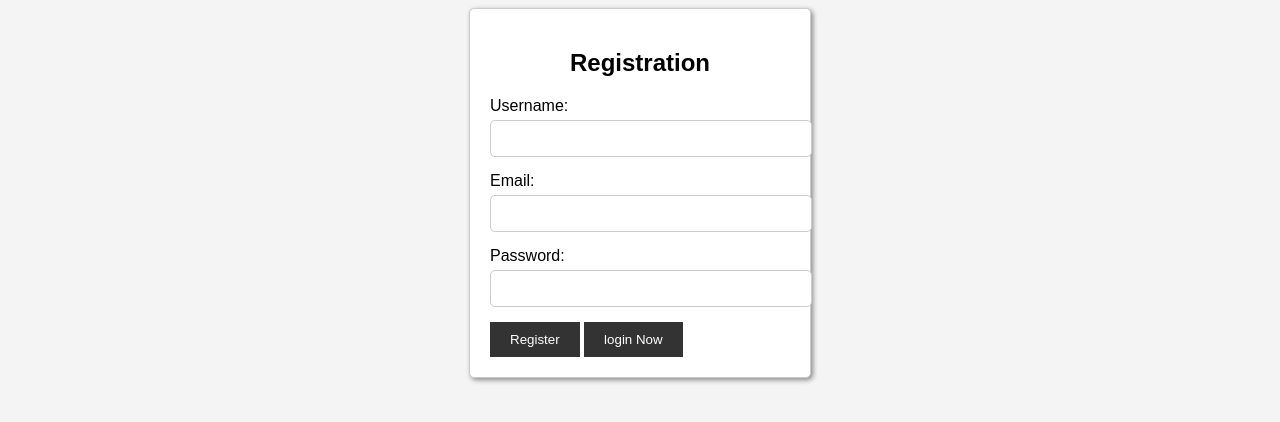
Repository: Ajay9554/javaPrograms
Page: http://localhost/loginPage/registration.jsp
These files come from the project's save history. The page is drawn as it stood at one moment and after the next save; the edit follows.
The browser window is 1280 px wide. The pictures show the whole page.
The page is served by Tomcat 9.

Above is the page before, as saved 2023-10-15 19:08:46.

### eclipse-workspace/aug1pro/loginPage/src/main/webapp/registration.jsp
<%@ page language="java" contentType="text/html; charset=UTF-8"
    pageEncoding="UTF-8"%>
<!DOCTYPE html>
<html lang="en">
<head>
    <meta charset="UTF-8">
    <meta name="viewport" content="width=device-width, initial-scale=1.0">
    <link rel="stylesheet" type="text/css" href="css/registration.css">
    <title>Registration Form</title>
</head>
<body>
    <div class="registration-container">
        <h2>Registration</h2>
        <form id="registration-form">
            <div class="form-group">
                <label for="username">Username:</label>
                <input type="text" id="username" name="username" required>
            </div>
            <div class="form-group">
                <label for="email">Email:</label>
                <input type="email" id="email" name="email" required>
            </div>
            <div class="form-group">
                <label for="password">Password:</label>
                <input type="password" id="password" name="password" required>
            </div>
            <button class="btn" type="submit">Register</button>
            <button class="btn" type="submit">login Now</button>
        </form>
    </div>
    <script src="js/registration.js"></script>
</body>
</html>

### eclipse-workspace/aug1pro/loginPage/src/main/webapp/css/registration.css
body {
    font-family: Arial, sans-serif;
    background-color: #f4f4f4;
}
.registration-container {
    width: 300px;
    margin: 0 auto;
    padding: 20px;
    background: #fff;
    border: 1px solid #ccc;
    border-radius: 5px;
    box-shadow: 2px 2px 5px #888888;
}
.registration-container h2 {
    text-align: center;
}
.form-group {
    margin: 10px 0;
}
.form-group label {
    display: block;
}
.form-group input {
    width: 100%;
    padding: 10px;
    margin: 5px 0;
    border: 1px solid #ccc;
    border-radius: 5px;
}
.btn {
    background: #333;
    color: #fff;
    border: none;
    padding: 10px 20px;
    cursor: pointer;
}

### eclipse-workspace/aug1pro/loginPage/src/main/webapp/js/registration.js
const registrationForm = document.getElementById("registration-form");

registrationForm.addEventListener("submit", function (e) {
    e.preventDefault();

    const username = document.getElementById("username").value;
    const email = document.getElementById("email").value;
    const password = document.getElementById("password").value;

    if (username.trim() === "" || email.trim() === "" || password.trim() === "") {
        alert("Please fill in all fields.");
    } else {
        // Simulate a successful registration
        alert("Registration successful!");

        // You can add login logic here by setting up user authentication.
        // For example, you can store user information in a database or use a backend service.

        // For this example, we'll just show a login message.
        alert("Login successful for user: " + username);
    }
});

After the next save:
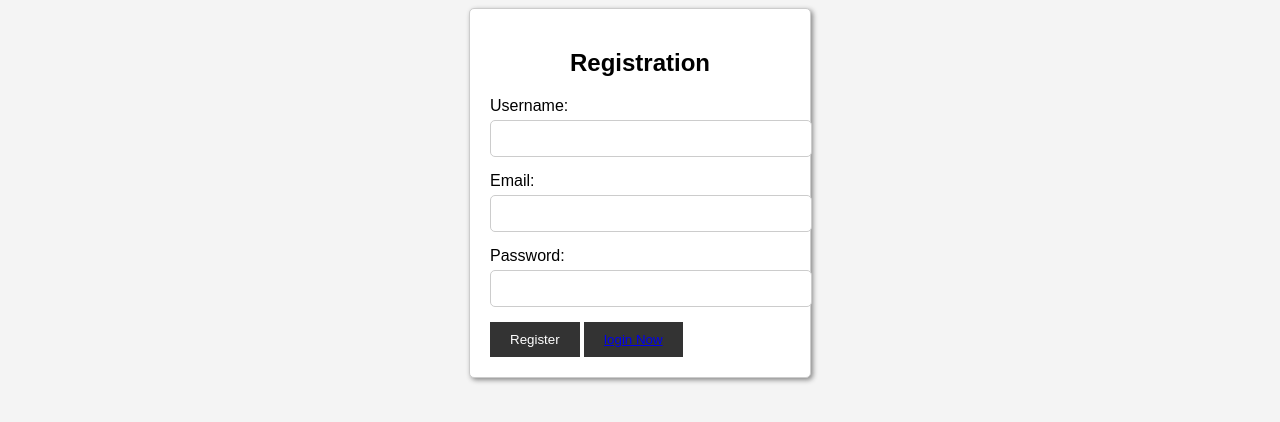
Saved 111 s later.
--- a/eclipse-workspace/aug1pro/loginPage/src/main/webapp/registration.jsp
+++ b/eclipse-workspace/aug1pro/loginPage/src/main/webapp/registration.jsp
@@ -25,7 +25,7 @@
                 <input type="password" id="password" name="password" required>
             </div>
             <button class="btn" type="submit">Register</button>
-            <button class="btn" type="submit">login Now</button>
+            <button class="btn" type="submit" > <a href="login.jsp">login Now</a></button>
         </form>
     </div>
     <script src="js/registration.js"></script>
